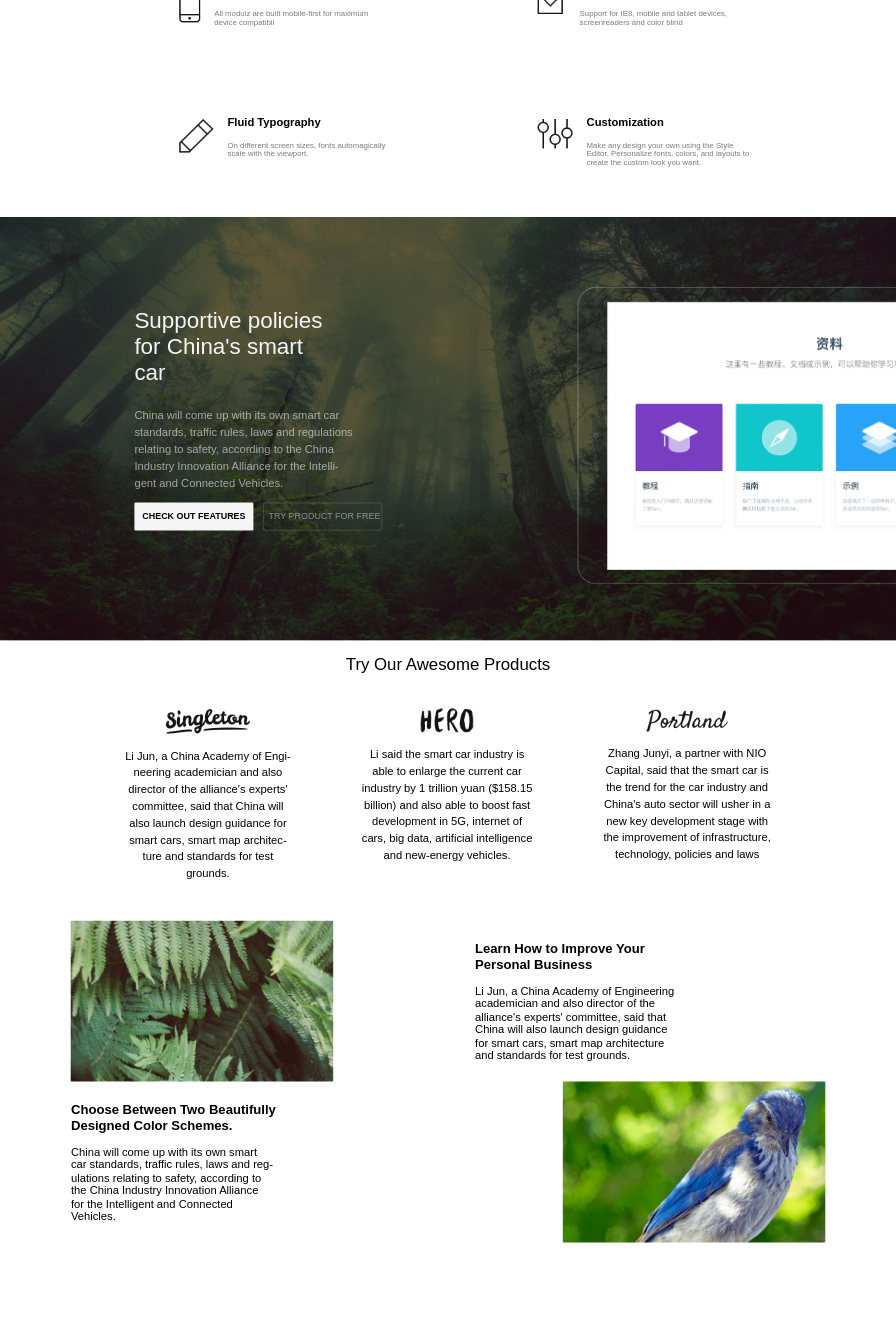
Repository: sogeisetsu/suy-ife
Page: 009-011/index.html
These files come from the project's save history. The page is drawn as it stood at one moment and after the next save; the edit follows.
The browser window is 1280 px wide. The pictures show the part of the page from y = 900 to 2820 px (the page is 2820 px tall), at 70% of full size.

Above is the page before, as saved 2019-10-12 11:39:50.

### 009-011/index.html
<!DOCTYPE html>
<html>
    <head>
        <meta name="charset" content="utf-8">
        <meta http-equiv="refresh" content="30">
        <link rel="stylesheet" href="normalize.css" type="text/css">
        <link rel="stylesheet" href="index.css" type="text/css">
    </head>
    <body>
        <div id=head>
            <div class=headback>
                <img src="sucai/head-back.png" alt="头部背景" class="head-image">
                <div class="headbackcolor"></div>
            </div>
            <div class="headfont">
                <h1 class="headfonttittle">Hello World</h1>
                <p class="headfonttext">China is speeding up strategic plan, standards, traffic rules, laws and regulations on  </p>
                <p class="headfonttext">accident-incurred liabilities for its smart car industry, Economic Information Daily </p>
                <p class="headfonttext">reported Thursday.</p>
            </div>
            <div class="headform">
                <h2 class="tittle">Create Your Account</h2>
                <p class="text">It is absolutely free</p>
                <form action="#">
                    <input class="input-field" type="email" name="email" id="email" placeholder="Create your email">
                    <input class="input-field" type="password" name="pws" id="pws" placeholder="Create your password">
                    <input class="sign-up" type="button" value="Sign Up">
                </form>
            </div>
        </div>
        <div id="page2">
            <div class="p2head">
                <p>Boatloads of Awesome</p>
                <h2>Ready-made, customizable, HTML <br>landing page sections</h2>
            </div>
            <div class="p2text">
                <div class="iphone">
                    <img src="sucai/Iphone Icon.png" alt="iphone">
                    <div class="texto">
                    <p class="tittle">Mobile First</p>
                    <p class="text">All modulz are built mobile-first for maximum<br>device compatibil </p>
                    </div>
                </div>
                <div class="check">
                    <img src="sucai/Check Icon.png" alt="check">
                    <div class="texto">
                    <p class="tittle">Accessibility</p>
                    <p class="text">Support for IE8, mobile and tablet devices,<br> screenreaders and color blind</p>
                    </div>
                </div>
                <div class="pencil">
                    <img src="sucai/Pencil Icon.png" alt="pencil">
                    <div class="texto">
                    <p class="tittle">Fluid Typography</p>
                    <p class="text">On different screen sizes, fonts automagically<br> scale with the viewport.</p>
                    </div>
                </div>
                <div class="setting">
                    <img src="sucai/Settings Icon.png" alt="setting">
                    <div class="texto">
                    <p class="tittle">Customization</p>
                    <p class="text">Make any design your own using the Style<br> Editor. Personalize fonts, colors, and layouts to<br> create the custom look you want.</p>
                    </div>
                </div>
            </div>
        </div>
        <div id=page3>
            <div class=page3back>
                <img src="sucai/page3background.png" alt="第三张背景" class="page3-image">
                <!-- <img src="sucai/page3Screen.png" alt="ipad屏幕" class="page3-screen"> -->
                <div class="headbackcolor"></div>
                <img src="sucai/page3Screen.png" alt="ipad屏幕" class="page3-screen">
            </div>
            <div class="page3text">
                <p class="tittle">Supportive policies<br> for China's smart<br> car</p>
                <p class="text">China will come up with its own smart car<br> standards, traffic rules, laws and regulations<br> relating to safety, according to the China<br> Industry Innovation Alliance for the Intelli-<br>gent and Connected Vehicles.</p>
                <input class="CheckoutFeatures" type="button" value="CHECK OUT FEATURES">
                <input class="TryproductforFree" type="button" value="Try product for Free">
            </div>
        </div>
        <div id="page4">
            <h2 class="tittle">Try Our Awesome Products</h2>
            <div class="text">
                <div class="singleton">
                    <img src="sucai/Singleton.png" alt="singleton">
                    <p>Li Jun, a China Academy of Engi-<br>neering academician and also<br> director of the alliance's experts'<br> committee, said that China will<br> also launch design guidance for<br> smart cars, smart map architec-<br>ture and standards for test<br> grounds.</p>
                </div>
                <div class="hero">
                    <img src="sucai/Hero.png" alt="hero">
                    <p>Li said the smart car industry is<br> able to enlarge the current car<br> industry by 1 trillion yuan ($158.15<br> billion) and also able to boost fast<br> development in 5G, internet of<br> cars, big data, artificial intelligence<br> and new-energy vehicles.</p>
                </div>
                <div class="portlaned">
                    <img src="sucai/Portland.png" alt="portland">
                    <p>Zhang Junyi, a partner with NIO<br> Capital, said that the smart car is<br> the trend for the car industry and<br> China's auto sector will usher in a<br> new key development stage with<br> the improvement of infrastructure,<br> technology, policies and laws</p>
                </div>
            </div>
        </div>
        <div id="page5">
            <div class="p5text">
            <div class="tree">
                <img src="sucai/tree.png" alt="树木">
                <div class="tree-text">
                    <h3>Learn How to Improve Your <br>Personal Business</h3>
                    <p>Li Jun, a China Academy of Engineering<br> academician and also director of the<br> alliance's experts' committee, said that<br> China will also launch design guidance<br> for smart cars, smart map architecture<br> and standards for test grounds.</p>
                </div>
            </div>
            <div class="bird">
                <!-- <img src="sucai/bird.png" alt="鸟"> -->
                <div class="bird-text">
                    <h3>Choose Between Two Beautifully<br> Designed Color Schemes.</h3>
                    <p>China will come up with its own smart<br> car standards, traffic rules, laws and reg-<br>ulations relating to safety, according to<br> the China Industry Innovation Alliance<br> for the Intelligent and Connected<br> Vehicles.</p>
                </div>
                <img src="sucai/bird.png" alt="鸟">
            </div>
            </div>
        </div>
    </body>
</html>

### 009-011/index.css
html,body{
    margin: 0;
    height: 100%;
    width: 100%;
}
#head,#page2,#page3{
    width: 100%;
    height: 605px;
    overflow: hidden;
}
#page5{
    width: 100%;
    height: 605px;
    overflow: hidden;
}

#page4{
    width: 100%;
    height: 400px;
    overflow: hidden;
}
.headback{
    position: relative;
    width: 100%;
    height: 100%;
    z-index: -1;
}
.page3back{
    width: 100%;
    height: 100%;
    z-index: -1;
}
.page3-screen{
    position: relative;
    bottom: 1210px;
    height: 70%;
    display: block;
     margin-top: 100px;
     margin-right: 0%;
     float: right;
}
.headbackcolor{
    background-color: rgba(12, 10, 8, 0.61);
    width: 100%;
    height: 100%;
    position: relative;
    bottom: 605px;
}
.head-image,.page3-image{
    height: 100%;
    width: 100%;
    display: block;
}
.headfont{
    position: relative;
    margin: 0;
    bottom: 605px;
    text-align: center;
}
.headfonttittle,.page3text .tittle{
    margin-top: 130px;
    font-size: 3em;
    color: rgb(245, 245, 245);
    font-weight: 300;
}
.headfonttext,.page3text .text{
    font-weight: 300;
    color: rgba(255, 255, 255, 0.568);
}
.headform{
    position: relative;
    bottom: 605px;
    margin: 40px auto;
    border-style: solid ;
    border-width: 2px;
    border-color: rgba(236, 235, 233, 0.445);
    border-radius: 10px;
    box-sizing: border-box;
    width: 850px;
    display: flex;
    flex-direction: column;
    height: 230px;
}
.headform .tittle{
    color: rgba(252, 249, 246, 0.89);
    text-transform: uppercase;
    font-size: 1em;
    text-align: center;
}
.headform .text{
    color: rgba(252, 249, 246, 0.616);
    text-transform: uppercase;
    font-size: 0.3em;
    text-align: center;
    margin-top: 0;
    font-family: Montserrat-Light;
}
.headform form{
    margin: 40px auto;
}
input{
    color: rgb(245, 245, 245);
}
.headform .input-field{
    width: 292px;
    height: 50px;
    padding: 18px 0 18px 22px;
    margin-right: 30px;
    box-sizing: border-box;
	border-radius: 2px;
	border: solid 1px rgba(255, 255, 255, 0.2);
    background: transparent;
}

.headform .sign-up,.page3text .CheckoutFeatures,.page3text .TryproductforFree{
    color: rgb(0, 0, 0);
    background-color: rgb(245, 245, 245);
    text-align: center;
    border: 0;
    height: 40px;
    width: 130px;
    text-transform: uppercase;
    font-size: 0.8em;
    font-weight: bold;
    border-radius: 2px;
    cursor: pointer;
    outline: none;
}
.page3text .CheckoutFeatures{
    width: 170px;
}
.page3text .TryproductforFree{
    background-color: transparent;
    width: 170px;
    border: solid 1px rgba(255, 255, 255, 0.2);
    color: rgba(245, 245, 245, 0.486);
    font-weight: 400;
    position: relative;
    left: 10px;
}
.headform .sign-up:active{
    border: 0;
    border-color: rgb(245, 245, 245);
    outline: none;
}
.p2head{
    text-align: center;
    margin-top: 90px;
}
.p2head p{
    text-transform: uppercase;
    /* letter-spacing: 0.2em; */
    font-weight: 400;
    font-size: 0.8em;
    margin-bottom: 2em;
}
.p2head h2{
    font-weight: 400;
    letter-spacing: 0.1em;
    line-height: 1.2em;

}
.p2text{
    margin-top: 50px;
    display: flex;
    flex-flow: row wrap;
    margin-left: 20%;
}
.iphone,.check,.pencil,.setting{
    flex: 50%;
    margin-bottom: 60px;
    margin-top: 40px;
    /* overflow: hidden; */
}
.iphone img,.iphone .texto,.check .texto,.check img,.pencil .texto,.pencil img,.setting img,.setting .texto{
    float: left;
}
.iphone .texto,.check .texto,.pencil .texto,.setting .texto{
    position: relative;
    left: 20px;
    bottom: 20px;
    margin: 0;
}
.texto .tittle{
    font-weight: bold;
}
.texto .text{
    font-size: 0.7em;
    color: rgba(0, 0, 0, 0.521);
}
.page3text{
    width: 70%;
    left: 15%;
    bottom: 605px;
    position: relative;
}
.page3text .tittle{
    font-size: 2em;;
}
.page3text .text{
    line-height: 1.5em;
}
#page4 .tittle{
    text-align: center;
    font-weight: 400;
}
#page4 .text{
    display: flex;
    flex-flow: row;
    text-align: center;
    align-items: center;
    justify-content: space-around;
    margin-top: 50px;
    margin-left: 10%;
    margin-right: 10%;
}
.portlaned p,.singleton p,.hero p{
    font-weight: 300;
    line-height: 1.5em;
}
.hero,.portlaned{
    position: relative;
    bottom: 13px;
}
#page5 .tree,#page5 .bird{
    display: flex;
    /* width: 2000px; */
    box-sizing: border-box;
    width: 100%;
    align-items: center;
    justify-content: space-around;
    /* margin-top: 50px;
    margin-left: 10%; */
    position: relative;
    /* bottom: 605px; */
}
.tree .tree-text,.bird .bird-text{
    box-sizing: border-box;
    width: 500px;
    position: relative;
}
/* .tree .tree-text{
    left: 200px;
} */
/* .p5text{
    margin-left: 20%;
} */
#page5 img{
    height: 230px;
}

Loaded but not shown: 009-011/normalize.css (library)

After the next save:
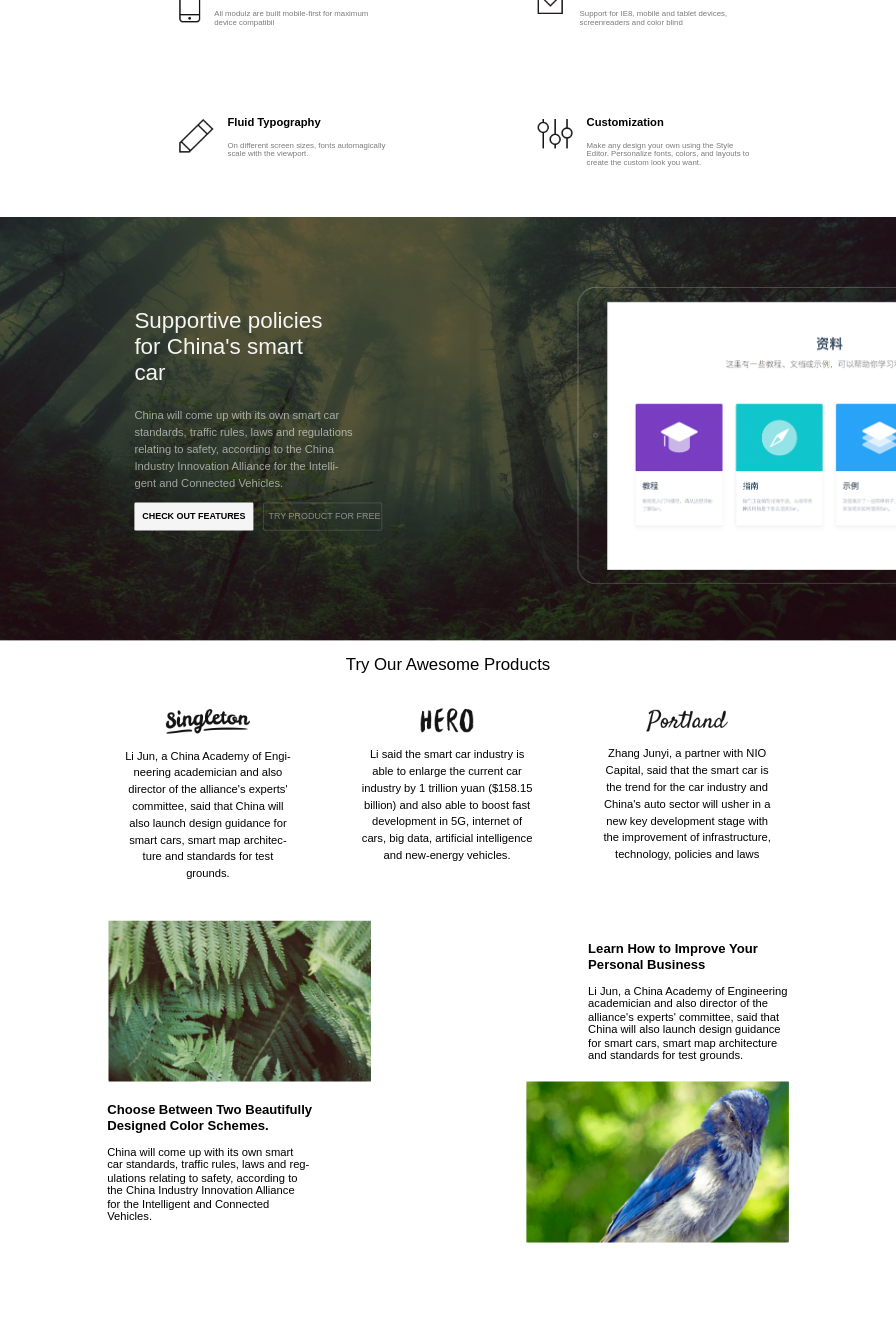
Saved 28 s later.
--- a/009-011/index.css
+++ b/009-011/index.css
@@ -234,11 +234,11 @@ input{
     position: relative;
     /* bottom: 605px; */
 }
-.tree .tree-text,.bird .bird-text{
+/* .tree .tree-text,.bird .bird-text{
     box-sizing: border-box;
     width: 500px;
     position: relative;
-}
+} */
 /* .tree .tree-text{
     left: 200px;
 } */
